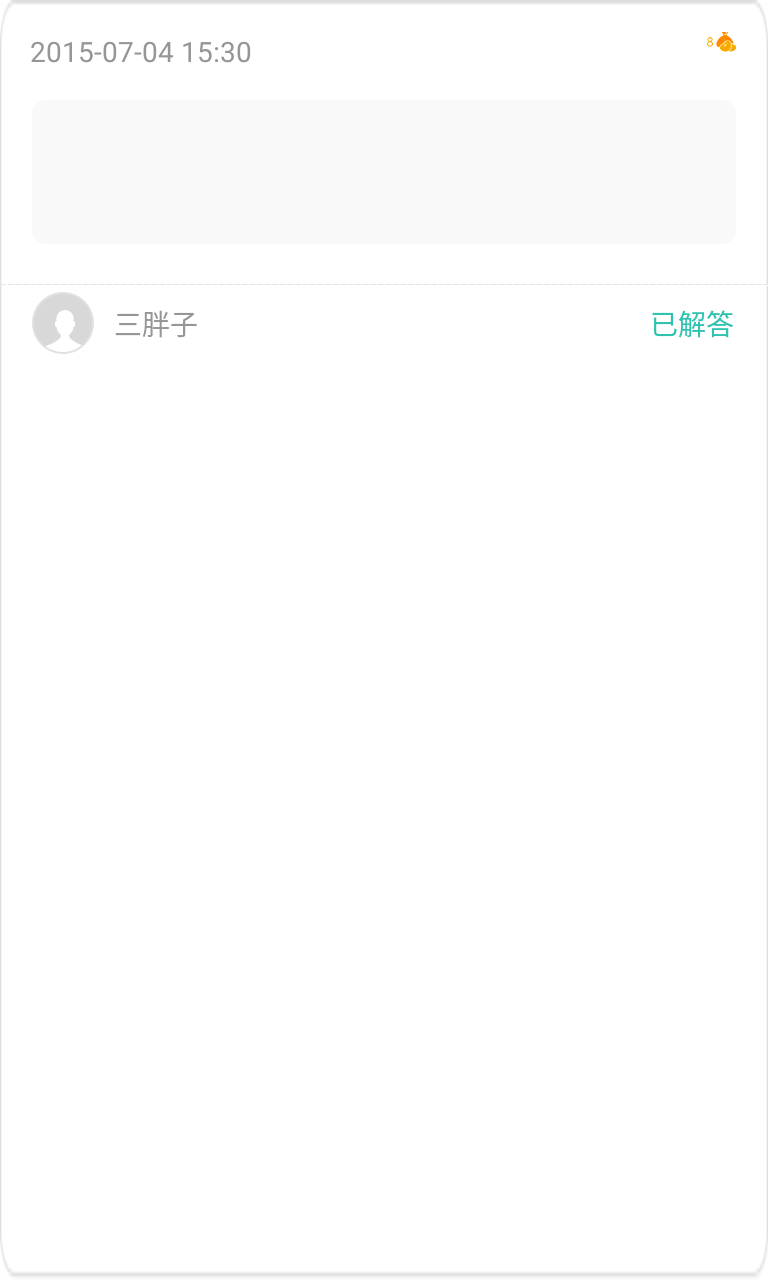
Repository: 2015-Forever/JWD
Layout: Jwd/res/layout/item_collect.xml
These files come from the project's save history. The layout is drawn as it stood at one moment and after the next save; the edit follows.
It is drawn on a 768 x 1280 px phone screen (xhdpi) without system bars, with theme AppTheme; the app's code is not run.

Above is the layout before, as saved 2015-07-16 03:57:39.

### Jwd/res/layout/item_collect.xml
<?xml version="1.0" encoding="utf-8"?>
<RelativeLayout xmlns:android="http://schemas.android.com/apk/res/android"
    android:layout_width="match_parent"
    android:layout_height="wrap_content"
    android:background="@drawable/topic_rectangle" >

    <TextView
        android:id="@+id/time_tv"
        android:layout_width="wrap_content"
        android:layout_height="wrap_content"
        android:layout_marginLeft="15dp"
        android:layout_marginTop="16dp"
        android:text="2015-07-04 15:30"
        android:textColor="#969696" />

    <ImageView
        android:layout_width="16dp"
        android:layout_height="10dp"
        android:layout_alignParentRight="true"
        android:layout_marginRight="15dp"
        android:layout_marginTop="16dp"
        android:background="@drawable/topic_integral" />

    <ImageView
        android:id="@+id/main_iv"
        android:layout_width="match_parent"
        android:layout_height="72dp"
        android:layout_below="@id/time_tv"
        android:layout_marginLeft="16dp"
        android:layout_marginRight="16dp"
        android:layout_marginTop="15dp"
        android:background="@drawable/topic_picture" />

    <View
        android:layout_width="match_parent"
        android:layout_height="1dp"
        android:layout_below="@id/main_iv"
        android:layout_marginTop="20dp"
        android:background="@drawable/topic_line" />

    <LinearLayout
        android:layout_width="match_parent"
        android:layout_height="wrap_content"
        android:layout_below="@id/main_iv"
        android:layout_marginBottom="4dp"
        android:layout_marginTop="24dp"
        android:gravity="center_vertical"
        android:orientation="horizontal" >

        <ImageView
            android:id="@+id/head_iv"
            android:layout_width="31dp"
            android:layout_height="31dp"
            android:layout_marginLeft="16dp"
            android:background="@drawable/topic_user" />

        <TextView
            android:id="@+id/teachername_tv"
            android:layout_width="wrap_content"
            android:layout_height="wrap_content"
            android:layout_marginLeft="10dp"
            android:text="三胖子"
            android:textColor="#969696" />

        <TextView
            android:layout_width="0dp"
            android:layout_height="wrap_content"
            android:layout_weight="1" />

        <TextView
            android:id="@+id/messagestate_tv"
            android:layout_width="wrap_content"
            android:layout_height="wrap_content"
            android:layout_marginRight="17dp"
            android:text="已解答"
            android:textColor="#2FC2B1"
            android:textSize="14sp" />
    </LinearLayout>

</RelativeLayout>

Loaded but not shown: Jwd/res/values/styles.xml (common file); Jwd/res/values-v11/styles.xml (common file); Jwd/res/values-v14/styles.xml (common file)

After the next save:
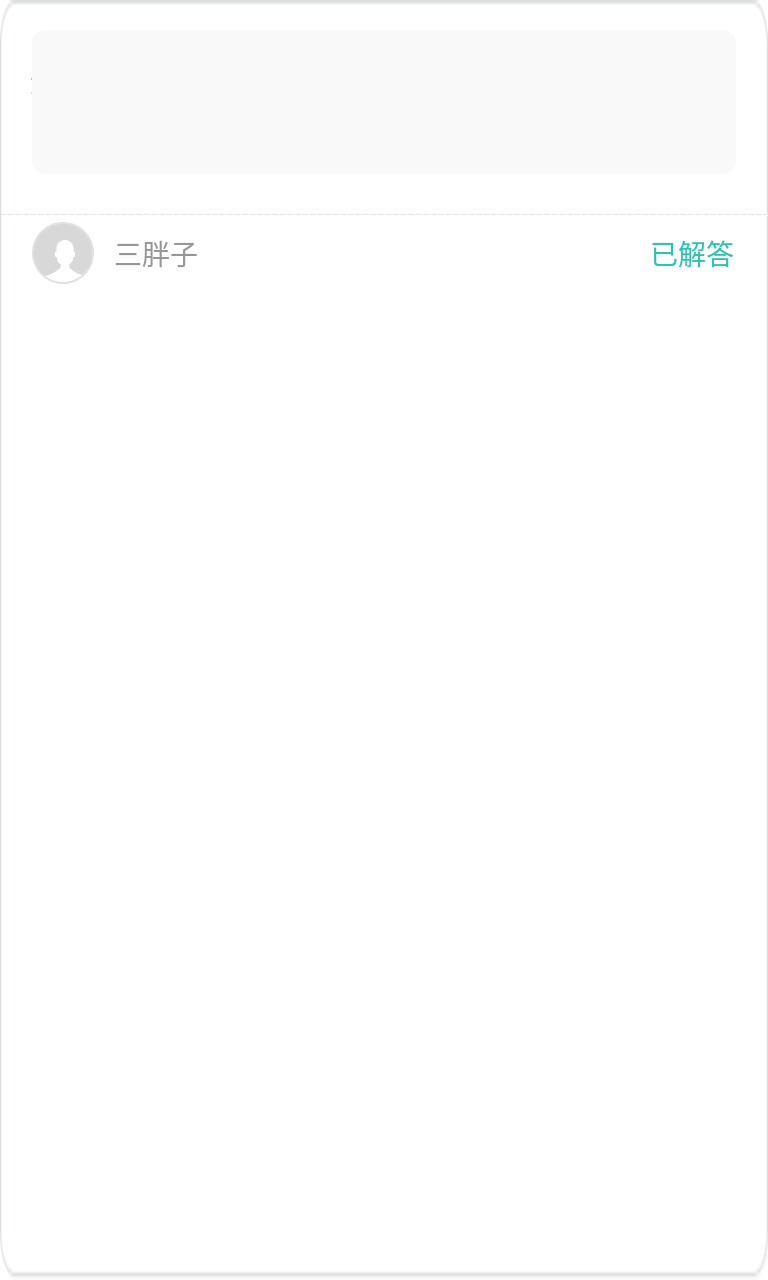
Saved 3 min 7 s later.
--- a/Jwd/res/layout/item_collect.xml
+++ b/Jwd/res/layout/item_collect.xml
@@ -4,22 +4,30 @@
     android:layout_height="wrap_content"
     android:background="@drawable/topic_rectangle" >
 
-    <TextView
-        android:id="@+id/time_tv"
-        android:layout_width="wrap_content"
+    <LinearLayout
+        android:layout_width="match_parent"
         android:layout_height="wrap_content"
-        android:layout_marginLeft="15dp"
-        android:layout_marginTop="16dp"
-        android:text="2015-07-04 15:30"
-        android:textColor="#969696" />
+        android:orientation="horizontal"
+        android:paddingTop="16dp"
+        android:paddingBottom="15dp">
 
-    <ImageView
-        android:layout_width="16dp"
-        android:layout_height="10dp"
-        android:layout_alignParentRight="true"
-        android:layout_marginRight="15dp"
-        android:layout_marginTop="16dp"
-        android:background="@drawable/topic_integral" />
+        <TextView
+            android:id="@+id/time_tv"
+            android:layout_width="wrap_content"
+            android:layout_height="wrap_content"
+            android:layout_marginLeft="15dp"
+            android:layout_marginTop="16dp"
+            android:text="2015-07-04 15:30"
+            android:textColor="#969696" />
+
+        <ImageView
+            android:layout_width="16dp"
+            android:layout_height="10dp"
+            android:layout_alignParentRight="true"
+            android:layout_marginRight="15dp"
+            android:layout_marginTop="16dp"
+            android:background="@drawable/topic_integral" />
+    </LinearLayout>
 
     <ImageView
         android:id="@+id/main_iv"
